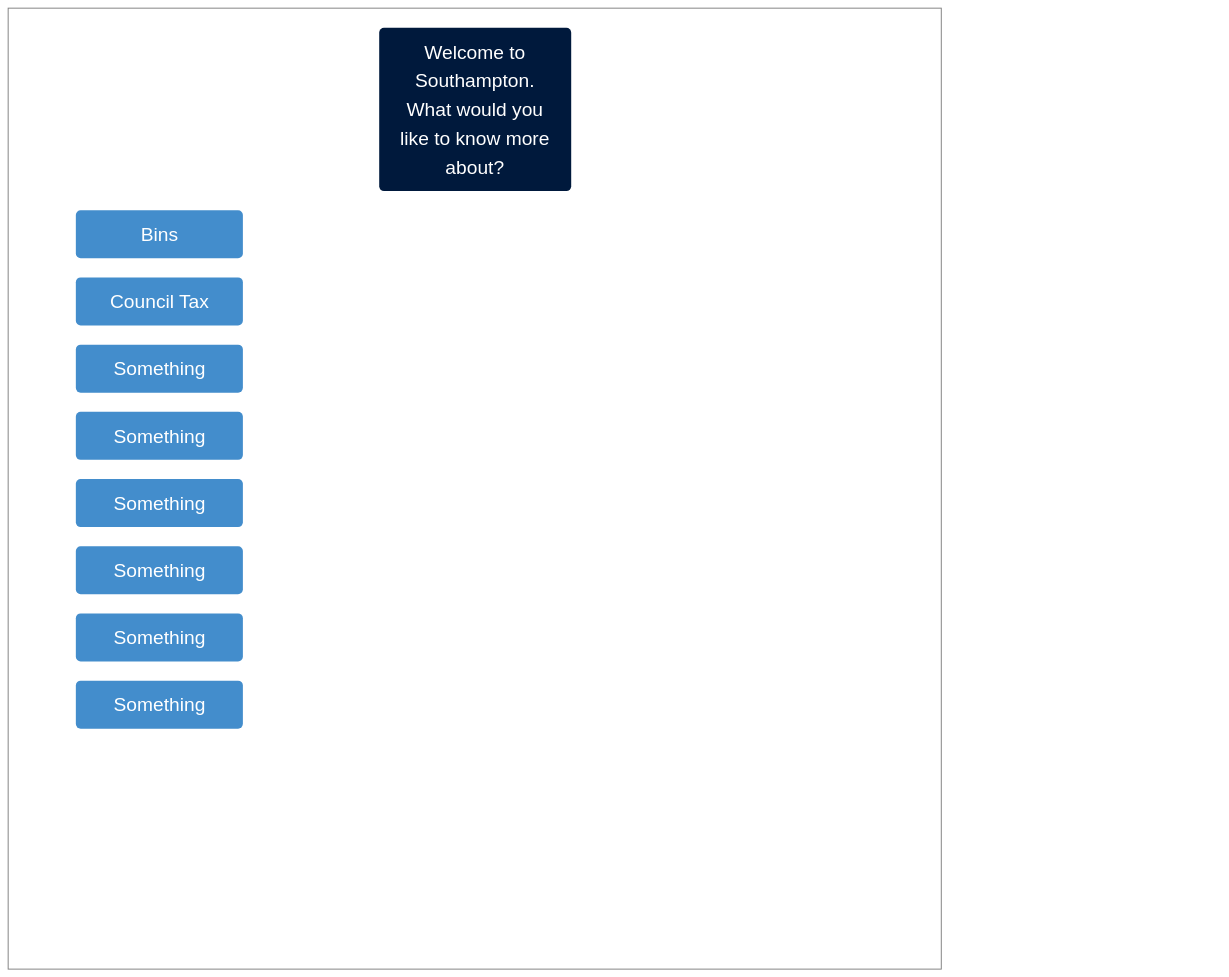
Repository: Domehead123/test
Page: index.html
The author's editor kept a record of every edit. The page is drawn from the files as they stood at one moment, then again after the next edit.
The browser window is 1280 px wide. The pictures show the whole page, at 96% of full size.

Above is the page before.

After the next edit:
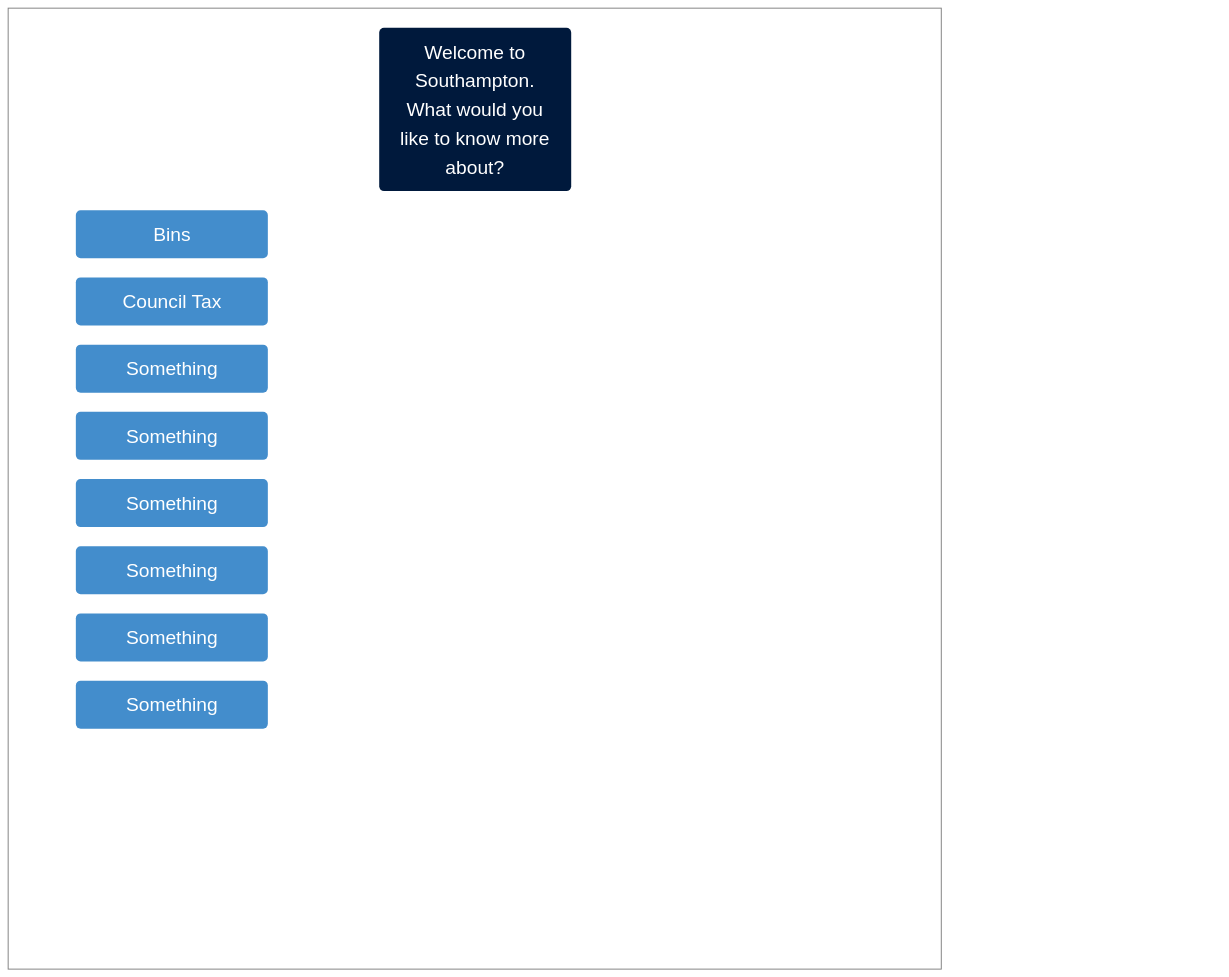
The edit:
--- a/assets/style.css
+++ b/assets/style.css
@@ -27,7 +27,7 @@
 }
 
 .bottom-box {
-    width: 20%;
+    width: 200px;
         background: #438dcc;
     color: #fff;
     border-radius: 5px;
